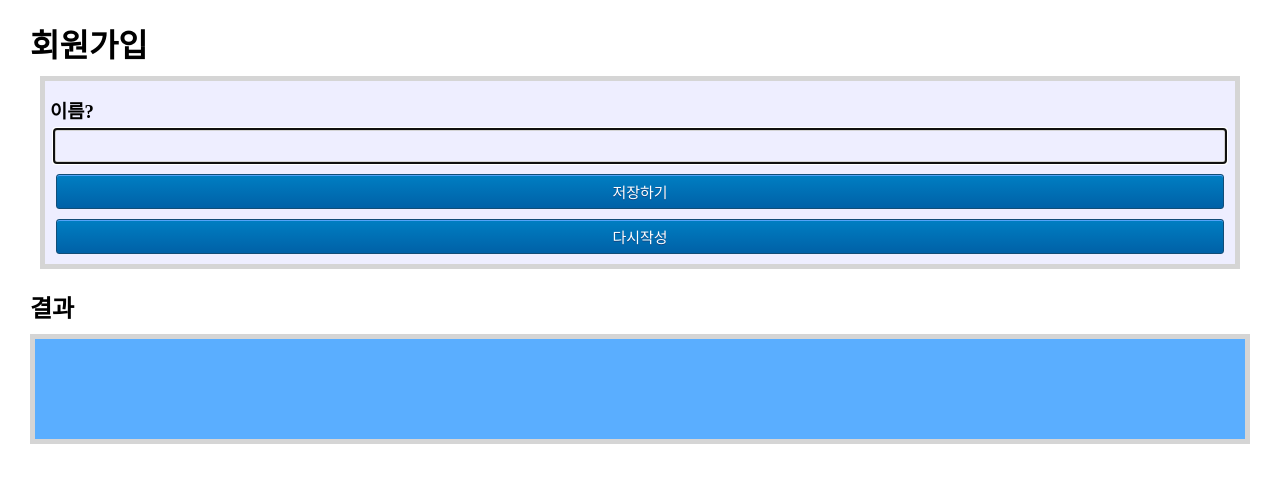
Repository: rwanda95do/bitcamp
Page: jQuery/src/main/webapp/02_jQueryEvent/form_ok.html
An editor plug-in stored every save of this project. The page is shown before and after a run of saves, followed by the edit.
The browser window is 1280 px wide. The pictures show the whole page.

Above is the page before, as saved 2024-08-23 02:03:25.

After the next 2 saves:
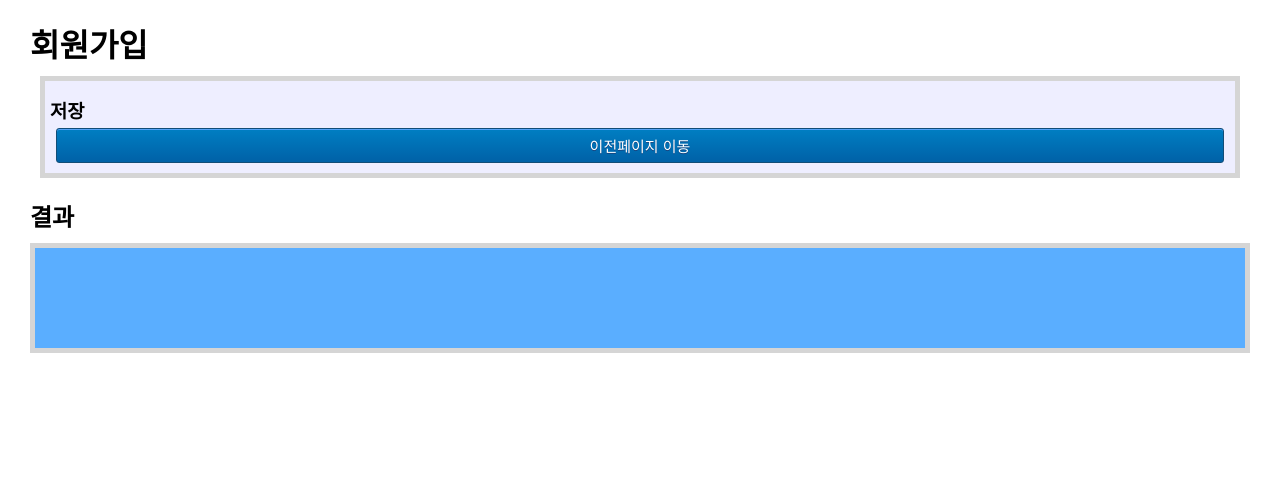
The 2 saves are shown as one change because they came seconds apart.
The last was saved 3 min 45 s later.
--- a/jQuery/src/main/webapp/02_jQueryEvent/form_ok.html
+++ b/jQuery/src/main/webapp/02_jQueryEvent/form_ok.html
@@ -9,12 +9,10 @@
 </head>
 <body>
 	<h1>회원가입</h1>
-	<form action="form_ok.html" name="form1">
+	<form name="form1">
 		<div id="input">
-			<h3>이름?</h3>
-			<input type="text" name="user_name">
-			<input type="submit" value="저장하기" class="myButton">
-			<input type="reset" value="다시작성" class="myButton">
+			<h3>저장</h3>
+			<input type="button" id="backBtn" value="이전페이지 이동" class="myButton">
 		</div>
 	</form>
 
